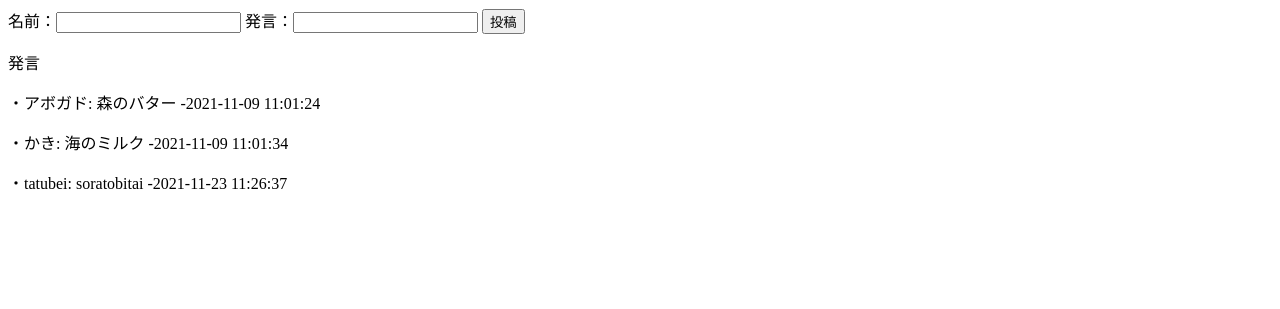
Repository: tppei/PHP
Page: http://localhost/htdocs/bbs.php
The author's editor kept a record of every edit. The page is drawn from the files as they stood at one moment, then again after the next edit.
The browser window is 1280 px wide. The pictures show the whole page.
The page is run by PHP 8.4 with error messages shown; the project is at /var/www/html/.

Above is the page before.

### htdocs/bbs.php
<?php
$filename = "./bbs.txt";
$comment = "";
$name = "";
$date = date('y/m/d H:i:s');

    if ($_SERVER['REQUEST_METHOD'] === 'POST'){

         if(isset($_POST['name'])){
            if(mb_strlen($_POST['name']) <= 20 && mb_strlen($_POST['name']) != 0){
                $name = $_POST['name'];
            }else if(mb_strlen($_POST['name']) > 20){
                $error_name = "!!名前は文字数を20文字以下にしてください!!"."\n";
                print $error_name;
            }else if(mb_strlen($_POST['name']) === 0){
                $error_noname ="!!名前を入力してください!!"."\n";
                print $error_noname;
            }
        }

        if(isset($_POST['hitokoto'])){

            if(mb_strlen($_POST['hitokoto']) <= 100 && mb_strlen($_POST['hitokoto']) != 0){
                $comment = $_POST['hitokoto'];
            }else if(mb_strlen($_POST['hitokoto']) > 100 ){
                $error_comment = "!!コメントは文字数を100文字以下にしてください!!"."\n";
                print $error_comment;
            }else if(mb_strlen($_POST['hitokoto']) === 0){
                $error_nocomment = "!!コメントを入力してください!!"."\n";
                print $error_nocomment;
            }
        }


    }

    if($comment && $name){
        $hatugen = '名前:'.$name."\t".'コメント:'.$comment."\t".'日時:'.$date."\n";
        $fp = fopen($filename,'a');
            if($fp){
                if(!fwrite($fp,$hatugen)){
                print 'ファイル書き込み失敗: ';
                }
            fclose($fp);
            }
    }

$data =[];

    if(is_readable($filename)){
        $fp = fopen($filename,"r");
        if($fp){
            while(($tmp=fgets($fp))){
              $data[] = htmlspecialchars($tmp,ENT_QUOTES,"UTF-8");
            }
            fclose($fp);
        }
    }
?>

<!DOCTYPE html>
<html lang='ja'>
    <head>
        <meta charset="UTF-8">
        <title>ひとこと掲示板サイト</title>
    </head>
    <body>
        <form method="post">
            <label for="name">名前：<input type="text" name="name"></label>
            <label for="hitokoto">発言：<input type="text" name="hitokoto"></label>
            <input type="submit" value="投稿">
        </form>
        <p>発言</p>
        <?php
            foreach ($data as $go) {
            print "<p>"."・".$go."</p>" ;
         }
         ?>
    </body>
</html>

### htdocs/bbs.txt
アボガド:	森のバター	-2021-11-09 11:01:24
かき:	海のミルク	-2021-11-09 11:01:34
tatubei:	soratobitai	-2021-11-23 11:26:37

After the next edit:
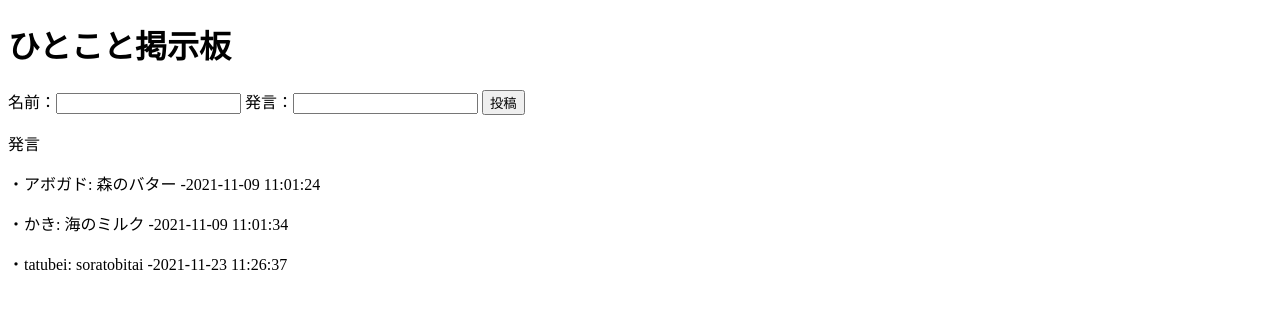
The edit:
--- a/htdocs/bbs.php
+++ b/htdocs/bbs.php
@@ -65,6 +65,7 @@
         <title>ひとこと掲示板サイト</title>
     </head>
     <body>
+        <h1>ひとこと掲示板</h1>
         <form method="post">
             <label for="name">名前：<input type="text" name="name"></label>
             <label for="hitokoto">発言：<input type="text" name="hitokoto"></label>
